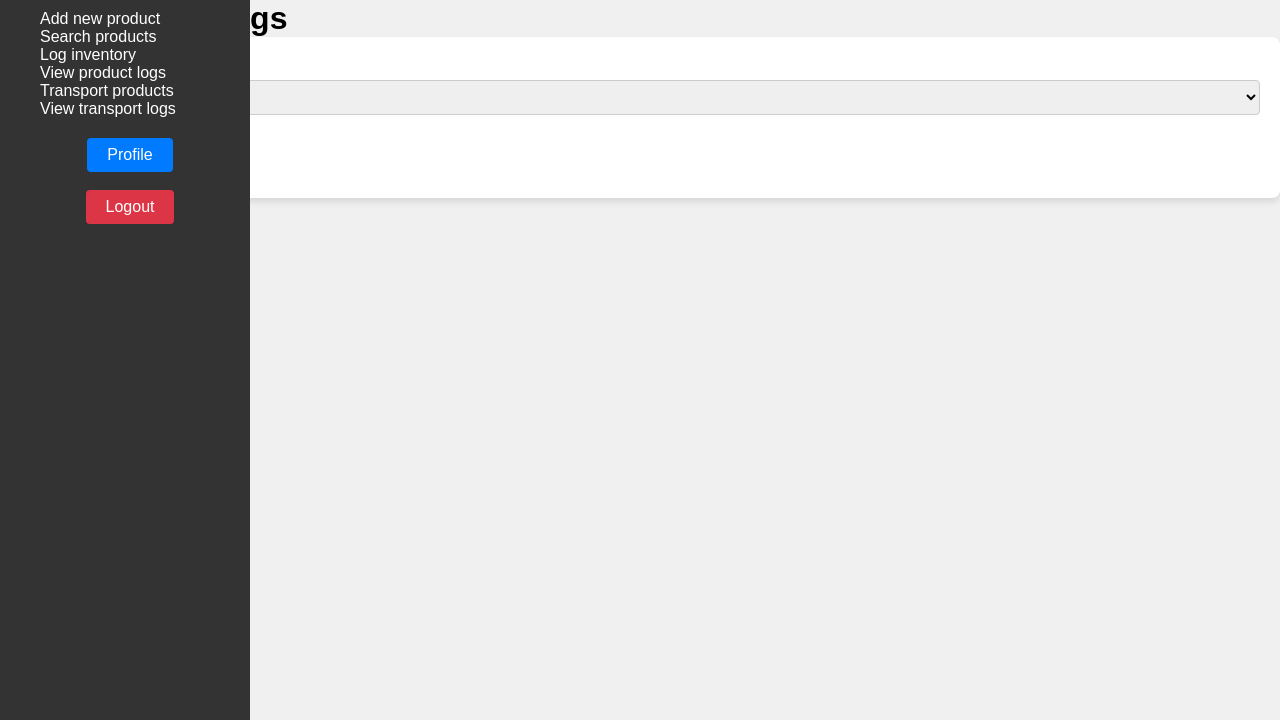
Repository: Warspinix/Flask-Web-Applications
Page: http://localhost/view_product_logs
The author's editor kept a copy of each file at every save. The page is drawn from the files as they stood at one save, then again after the next save.
The browser window is 1280 px wide. The pictures show the whole page.
The page is served by the project's application, run on Flask 3 (app.py). The session is filled in as if someone had signed in: {"user_id": 1, "first_name": "John"}.

Above is the page before, as saved 2024-06-13 21:01:28.

After the next save:
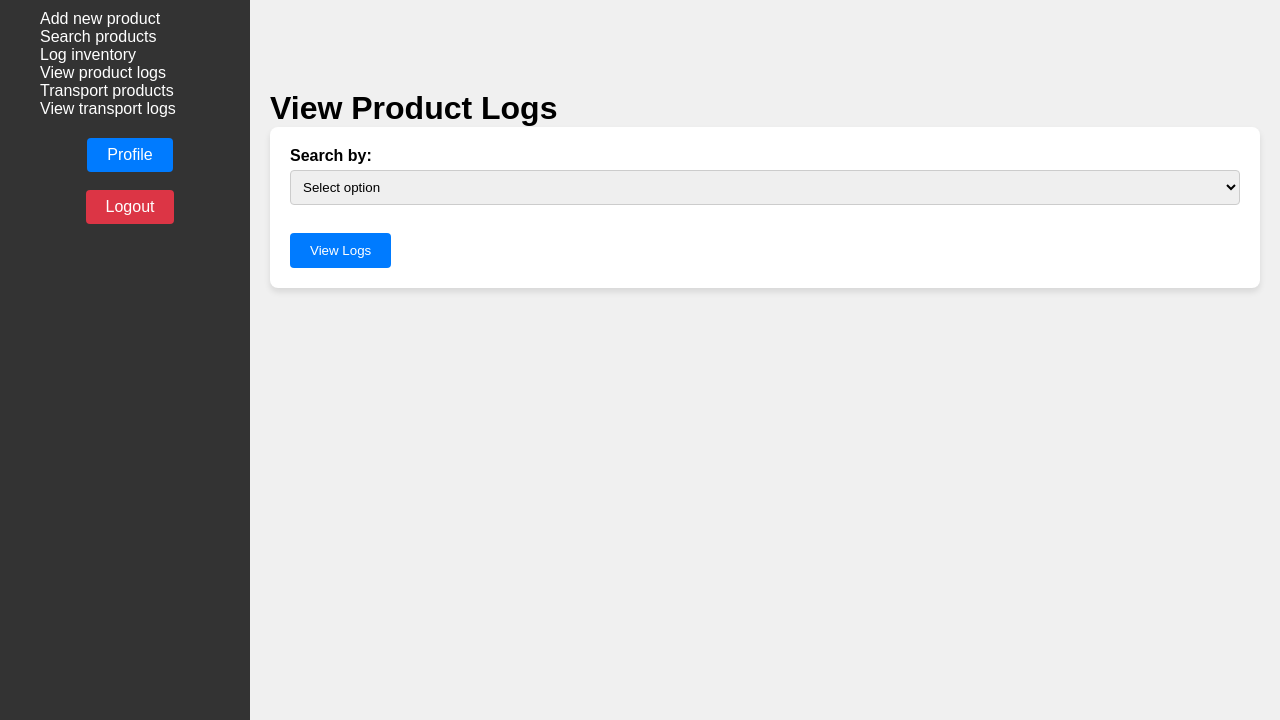
Saved 22 s later.
--- a/templates/view_product_logs.html
+++ b/templates/view_product_logs.html
@@ -27,7 +27,7 @@
                 </div>
             </div>
         </nav>
-
+<div class="content">
         <h1>View Product Logs</h1>
         <form action="" method="post">
             {{ form.hidden_tag() }}
@@ -71,6 +71,7 @@
         </table>
         {% endif %}
     </div>
+</div>
     <script>
         document.getElementById('search_by').addEventListener('change', function () {
             var search_by = document.getElementById('search_by').value;
